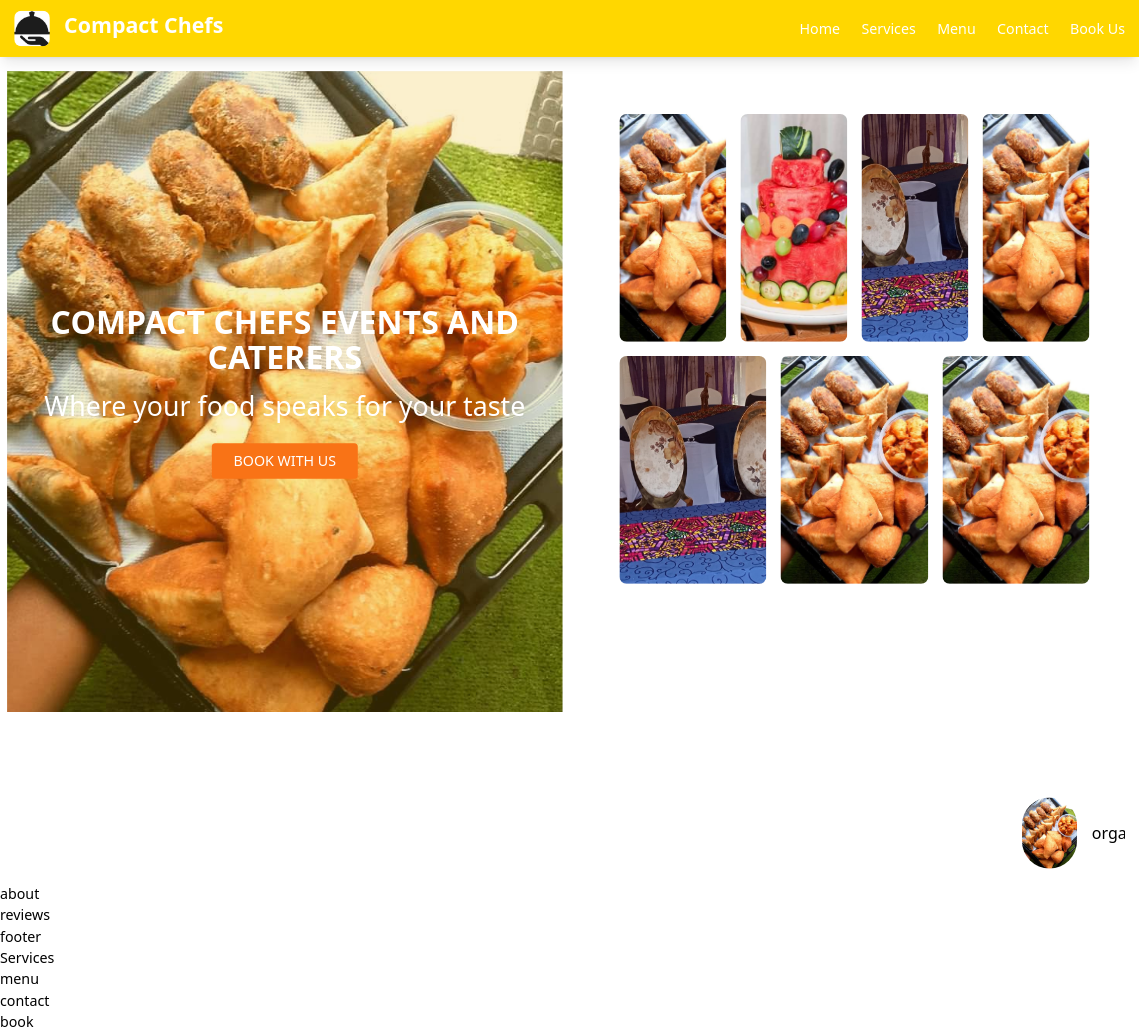
Repository: makanda596/compactchef
Page: /menu
These files come from the project's save history. The page is drawn as it stood at one moment and after the next save; the edit follows.
The browser window is 1280 px wide. The pictures show the whole page, at 89% of full size.
The project was rebuilt for these pictures with package versions that can differ from the ones it lists, and the page was loaded fresh each time.

Above is the page before, as saved 2025-01-07 16:44:16.

After the next save:
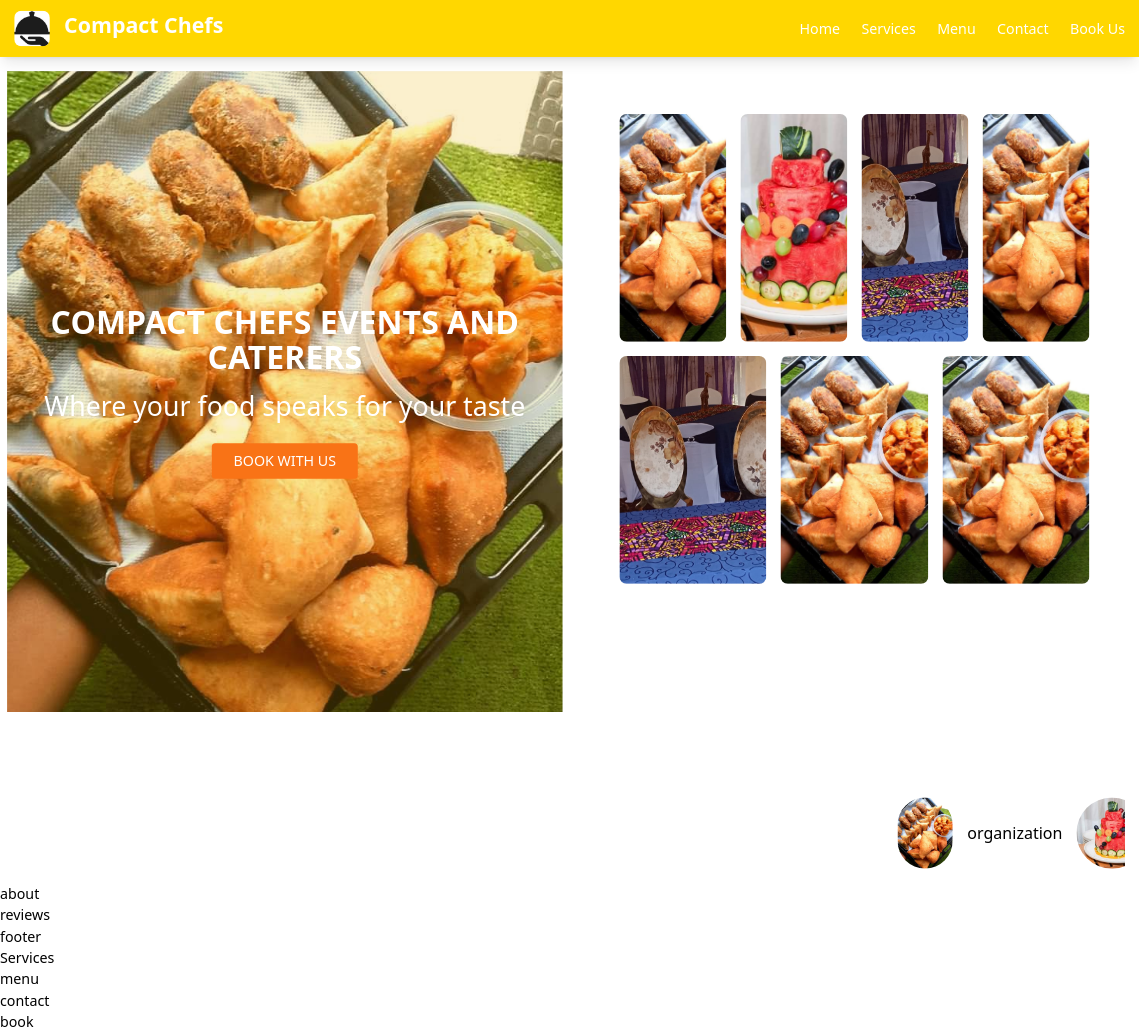
Saved 49 s later.
--- a/tailwind.config.js
+++ b/tailwind.config.js
@@ -6,7 +6,7 @@
   theme: {
     extend: {
       animation: {
-        'slide': 'slide 100s linear infinite',
+        'slide': 'slide 50s linear infinite',
       },
        colors: {
         gold: '#FFD700', // Gold color
